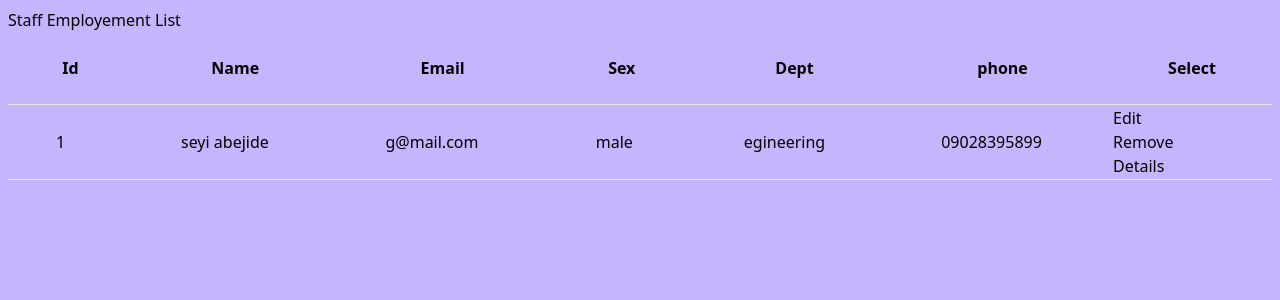
Repository: Semanmernstack/crud
Page: /
These files come from the project's save history. The page is drawn as it stood at one moment and after the next save; the edit follows.
The browser window is 1280 px wide. The pictures show the whole page.
The project was rebuilt for these pictures with package versions that can differ from the ones it lists, and the page was loaded fresh each time. Requests to the local data server were answered from the project's data file. Also part of the build but not shown: src/Details.js, src/Create.js, src/Edit.js.

Above is the page before, as saved 2022-12-24 00:59:03.

### src/App.js
import List from "./List";
import {
  BrowserRouter,
  Routes,
  Route,

} from "react-router-dom";
import Details from "./Details";
import Create from "./Create";
import Edit from "./Edit";



function App() {
  return (
    <div className="bg-slate-100 h-screen">
      <BrowserRouter>

      <Routes>
        <Route path="/" element={<List/>}> </Route>
        <Route path="/employee/create" element={<Create/>}> </Route>
        <Route path="/employee/details/:empid" element={<Details/>}> </Route>
        <Route path="/employee/edit/:empid" element={<Edit/>}> </Route>
      </Routes>
      </BrowserRouter>

    </div>
  );
}

export default App;

### src/List.js

import React, { useEffect, useState } from 'react'

function List() {
    const [records, setRecords] = useState("")

    useEffect(() => {
        fetch("http://localhost:8000/employee").then((res) => {
            return res.json()
        }).then((resp) => {
            console.log(resp)
            setRecords(resp)

        })

    }, [])
  return (
    <div className="overflow-x-hidden lg:max-w-7xl mx-auto  p-2 items-center bg-violet-300 h-screen   ">

        <p>Staff Employement List</p>


        <table className="  w-[100%] bg-violet-300   " >

            <thead>
                <tr className="border-b">
                    <th scope='col' className=" lg:py-6 lg:px-12 py-3 px-6">Id</th>
                    <th scope='col' className=" lg:py-6 lg:px-12 py-3 px-6">Name</th>
                    <th scope='col' className=" lg:py-6 lg:px-12 py-3 px-6">Email</th>
                    <th scope='col' className=" lg:py-6 lg:px-12 py-3 px-6">Sex</th>
                    <th scope='col' className=" lg:py-6 lg:px-12 py-3 px-6">Dept</th>
                    <th scope='col' className=" lg:py-6 lg:px-12 py-3 px-6">phone</th>
                    <th scope='col' className=' lg:py-6 lg:px-12 py-3 px-6'>Select</th>

                </tr>
            </thead>
            <tbody>
                {
                    records &&
                    records.map((record) => (
                    <tr className="border-b" key={record.id}>
                        <td className=" lg:py-6 lg:px-12 py-3 px-4">{record.id}</td>
                        <td className=" lg:py-6 lg:px-12 py-3 px-4" >{record.name}</td>
                        <td className=" lg:py-6 lg:px-12 py-3 px-4">{record.email}</td>
                        <td className=" lg:py-6 lg:px-12 py-3 px-4">{record.sex}</td>
                        <td className=" lg:py-6 lg:px-12 py-3 px-4">{record.dept}</td>
                        <td className=" lg:py-6 lg:px-12 py-3 px-4">{record.phone}</td>
                        <td className='flex flex-col'>
                            <a href="">Edit</a>
                            <a href="">Remove</a>
                            <a href="">Details</a>
                        </td>
                    </tr>
                    ))
                }

            </tbody>

        </table>




    </div>
  )
}

export default List

### db.json
{
  "employee": [
    {
      "id": 1,
      "name": "seyi abejide",
      "email": "g@mail.com",
      "phone": "09028395899",
      "dept": "egineering",
      "sex": "male"

    }
  ]

}

Loaded but not shown: public/index.html (common file); src/index.js (common file); src/index.css (common file); src/reportWebVitals.js (common file); tailwind.config.js (common file)

After the next save:
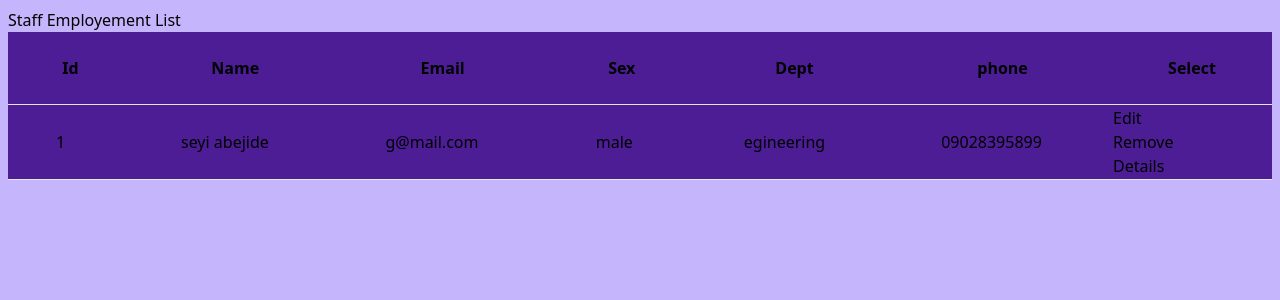
Saved 9 s later.
--- a/src/List.js
+++ b/src/List.js
@@ -20,7 +20,7 @@ function List() {
         <p>Staff Employement List</p>
 
 
-        <table className="  w-[100%] bg-violet-300   " >
+        <table className="  w-[100%] bg-violet-900   " >
 
             <thead>
                 <tr className="border-b">
